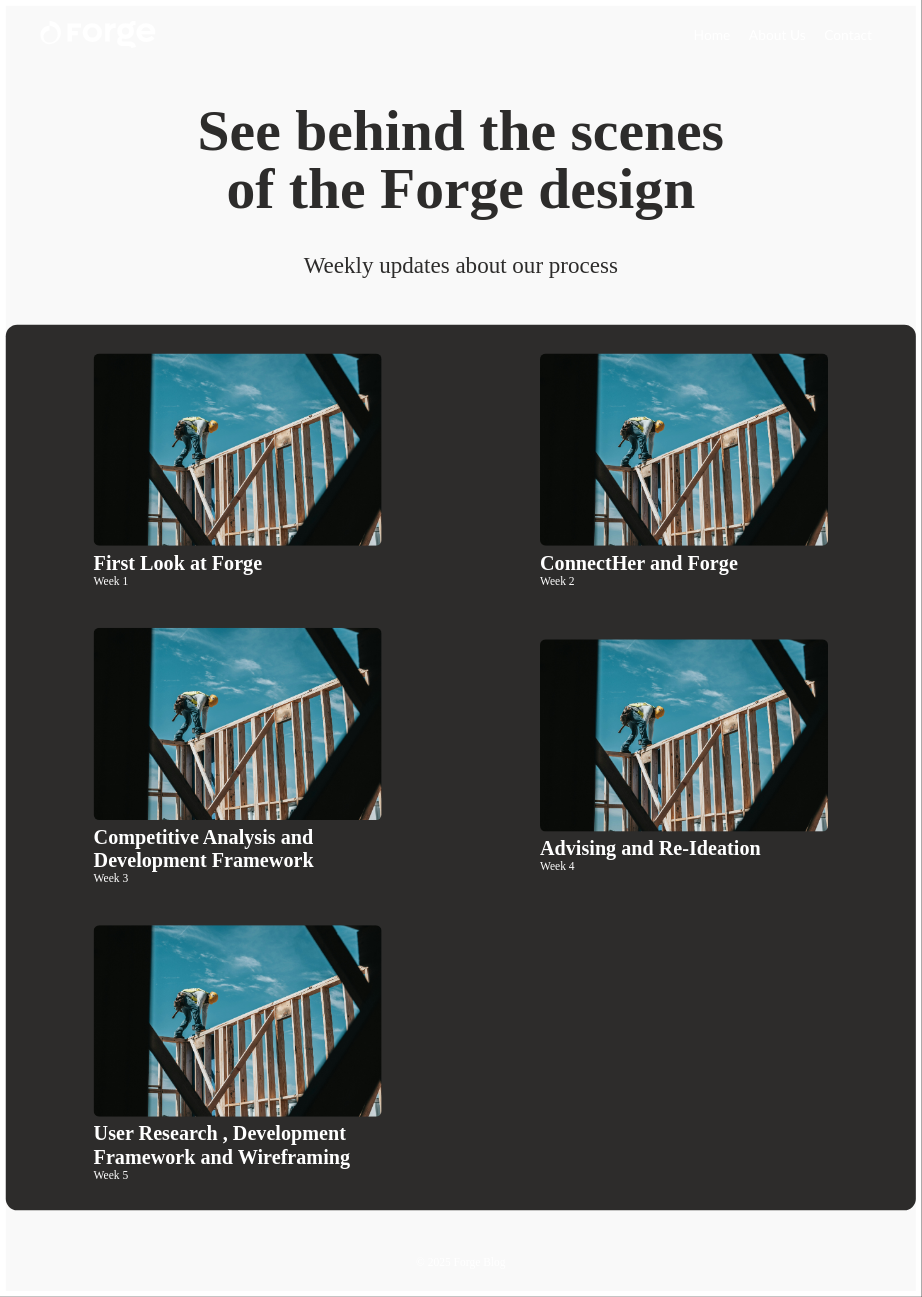
Repository: Forge-IDSP/Blog
Page: /
An editor plug-in stored every save of this project. The page is shown before and after the next save, followed by the edit.
The browser window is 1280 px wide. The pictures show the whole page, at 72% of full size.
The project was rebuilt for these pictures with package versions that can differ from the ones it lists, and the page was loaded fresh each time. Also part of the build but not shown: vite.config.js, src/index.css, src/pages/blogpost.module.css, src/pages/week1.jsx, src/pages/week2.jsx, src/pages/week3.jsx, src/pages/week4.jsx, src/pages/week5.jsx and 4 more.

Above is the page before, as saved 2025-10-27 12:58:05.

### index.html
<!DOCTYPE html>
<html lang="en">
    <head>
        <meta charset="UTF-8" />
        <link
            rel="icon"
            type="image/svg+xml"
            href="/vite.svg" />
        <meta
            name="viewport"
            content="width=device-width, initial-scale=1.0" />
        <title>Forge Blog</title>
    </head>
    <body>
        <div id="root"></div>
        <script
            type="module"
            src="/src/main.jsx"></script>
    </body>
</html>

### src/App.jsx
import { BrowserRouter as Router, Routes, Route } from "react-router-dom";
import Home from "./pages/home.jsx";
import Week1 from "./pages/week1.jsx";
import Week2 from "./pages/week2.jsx";
import Week3 from "./pages/week3.jsx";
import Week4 from "./pages/week4.jsx";
import Week5 from "./pages/week5.jsx";
import AboutUs from "./pages/aboutUs.jsx";
import ContactUs from "./pages/contactUs.jsx";

export default function App() {
    return (
        <Router>
            <Routes>
                <Route
                    path='/'
                    element={<Home />}
                />
                <Route
                    path='/week1'
                    element={<Week1 />}
                />
                <Route
                    path='/week2'
                    element={<Week2 />}
                />
                <Route
                    path='/week3'
                    element={<Week3 />}
                />
                <Route
                    path='/week4'
                    element={<Week4 />}
                />
                <Route
                    path='/week5'
                    element={<Week5 />}
                />
                <Route
                    path='/aboutUs'
                    element={<AboutUs />}
                />
                <Route
                    path='/contactUs'
                    element={<ContactUs />}
                />
            </Routes>
        </Router>
    );
}

### src/pages/home.jsx
import Header from "../ui/header/header.jsx";
import Card from "../ui/card/card.jsx";
import Footer from "../ui/footer/footer.jsx";
import cardcontent from "../data/cardcontent.json";

export default function Home() {
    return (
        <div className='page'>
            <Header />
            <h1 className='title'>
                See behind the scenes
                <br /> of the Forge design
            </h1>
            <p className='subtitle'>Weekly updates about our process</p>

            <div className='post_container'>
                {cardcontent.map((item) => (
                    <Card
                        key={item.id}
                        title={item.title}
                        image={item.image}
                        text={item.text}
                        link={item.link}
                    />
                ))}
            </div>

            <Footer />
        </div>
    );
}

### src/ui/header/header.jsx
import style from "./header.module.css";
import { Link } from "react-router-dom";

function Header() {
    return (
        <div className={style.header}>
            <img
                src='/forge-logo.svg'
                alt='Forge Logo'
                className={style.logo}></img>
            <nav className={style.menu}>
                <a
                    className={style.menu_item}
                    href='/'>
                    Home
                </a>
                <Link
                    className={style.menu_item}
                    to='/AboutUs'>
                    About Us
                </Link>

                <Link
                    to='/ContactUs'
                    className={style.menu_item}>
                    Contact
                </Link>
            </nav>
        </div>
    );
}

export default Header;

### src/ui/card/card.jsx
import { Link } from "react-router-dom";
import styles from "./card.module.css";

export default function Card({ title, image, text, link }) {
    return (
        <Link
            to={link}
            className={styles.card}>
            <img
                className={styles.card_image}
                src={image}
                alt={title}
            />
            <h2 className={styles.card_title}>{title}</h2>
            <p className={styles.card_week}>{text}</p>
        </Link>
    );
}

### src/ui/footer/footer.jsx
import styles from "./footer.module.css";

function Footer() {
    const currentYear = new Date().getFullYear();

    return (
        <footer className={styles.footer}>
            <p className={styles.footer__text}>© {currentYear} Forge Blog</p>
        </footer>
    );
}

export default Footer;

### src/data/cardcontent.json
[
    {
        "id": "week1",
        "title": "First Look at Forge",
        "image": "/blog-image1.jpg",
        "text": "Week 1",
        "link": "/week1"
    },
    {
        "id": "week2",
        "title": "ConnectHer and Forge",
        "image": "/blog-image1.jpg",
        "text": "Week 2",
        "link": "/week2"
    },
    {
        "id": "week3",
        "title": "Competitive Analysis and Development Framework",
        "image": "/blog-image1.jpg",
        "text": "Week 3",
        "link": "/week3"
    },
    {
        "id": "week4",
        "title": "Advising and Re-Ideation ",
        "image": "/blog-image1.jpg",
        "text": "Week 4",
        "link": "/week4"
    },
    {
        "id": "week5",
        "title": "User Research , Development Framework and Wireframing ",
        "image": "/blog-image1.jpg",
        "text": "Week 5",
        "link": "/week5"
    }
]

### src/App.css
#root {
    /* ----- COLORS ----- */
    --primary-50: #fff1e6;
    --primary-100: #ffd4b0;
    --primary-200: #ffbf8a;
    --primary-300: #ffa155;
    --primary-400: #ff8f34;
    --primary-500: #ff7301;
    --primary-600: #e86901;
    --primary-700: #b55201;
    --primary-800: #8c3f01;
    --primary-900: #6b3000;

    --secondary-50: #eefae6;
    --secondary-100: #cbefb1;
    --secondary-200: #b2e88b;
    --secondary-300: #8fdd55;
    --secondary-400: #79d635;
    --secondary-500: #58cc02;
    --secondary-600: #50ba02;
    --secondary-700: #3e9101;
    --secondary-800: #307001;
    --secondary-900: #255601;

    /* -- neutral colors -- */

    --offwhite-500: #f9f9f9;
    --white: #ffffff;
    --black-50: #eaeaea;
    --black-100: #bebebd;
    --black-200: #9e9e9d;
    --black-300: #727271;
    --black-400: #575655;
    --black-500: #2d2c2b;
}

.page {
    margin: 0 auto;
    padding: 1rem;
    text-align: center;
    height: 100%;
    margin: 0;
    padding: 0;
    background-color: var(--offwhite-500);
    display: flex;
    flex-direction: column;
}

.title {
    font-size: 5rem;
    color: var(--black-500);
    line-height: 5rem;
    margin-bottom: 1rem;
}

.subtitle {
    font-size: 2rem;
    color: var(--black-500);
}

.post_container {
    display: grid;
    grid-template-columns: repeat(3, 1fr);
    gap: 2rem;
    background-color: var(--black-500);
    padding: 3rem;
    border-radius: 16px;
    align-items: center;
    justify-content: center;
    justify-items: center;
    margin-bottom: 2rem;
    margin-top: 2rem;
}

/* Tablet: 2 columns */
@media (max-width: 1300px) {
    .post_container {
        grid-template-columns: repeat(2, 1fr);
        padding: 1.5rem;
        gap: 1.5rem;
    }
}

/* Mobile: 1 column */
@media (max-width: 600px) {
    .post_container {
        grid-template-columns: 1fr;
        padding: 1rem;
        gap: 1rem;
    }
}

### src/ui/header/header.module.css
.header {
    background-color: var(--dark-grey);
    display: flex;
    justify-content: space-between;
    align-items: center;
    padding: 1rem 3rem;
    border-radius: 16px;
}

.logo {
    width: 10rem;
}

.menu {
    display: flex;
    gap: rem;
}

.menu_item {
    font-size: 1.2rem;
    text-decoration: none;
    color: var(--white);
    font-family: "Trebuchet MS", "Lucida Sans Unicode", "Lucida Grande",
        "Lucida Sans", Arial, sans-serif;
    padding: 0.8rem;
}

.menu_item:hover {
    background-color: var(--color-primary-dark);
    padding: 0.8rem;
    border-radius: 8px;
}

### src/ui/card/card.module.css
.card {
    background-color: var(--grey);
    padding: 1rem;
    border-radius: 16px;
    display: flex;
    flex-direction: column;
    align-items: start;
    width: 400px;
    text-decoration: none;
}

.card:hover {
    transform: scale(1.03);
    background-color: var(--color-primary-dark);
}

.card_image {
    width: 400px;
    height: auto;
    border-radius: 8px;
    margin-bottom: 8px;
}

.card_title {
    font-size: 28px;
    text-align: start;
    margin: 0;
    color: var(--white);
}

a:visited .card_title {
    color: var(--white);
}

.card_week {
    font-size: 16px;
    margin: 0;
    color: var(--white);
}

### src/ui/footer/footer.module.css
.footer {
    width: 100%;
    height: 5em;
    display: flex;
    justify-content: center;
    align-items: center;
    background-color: var(--dark-grey);
    margin-top: auto;
    border-radius: 16px;
}

.footer__text {
    color: var(--white);
    font-size: 16px;
    text-align: center;
    margin: 0;
}

Loaded but not shown: src/main.jsx (common file)

After the next save:
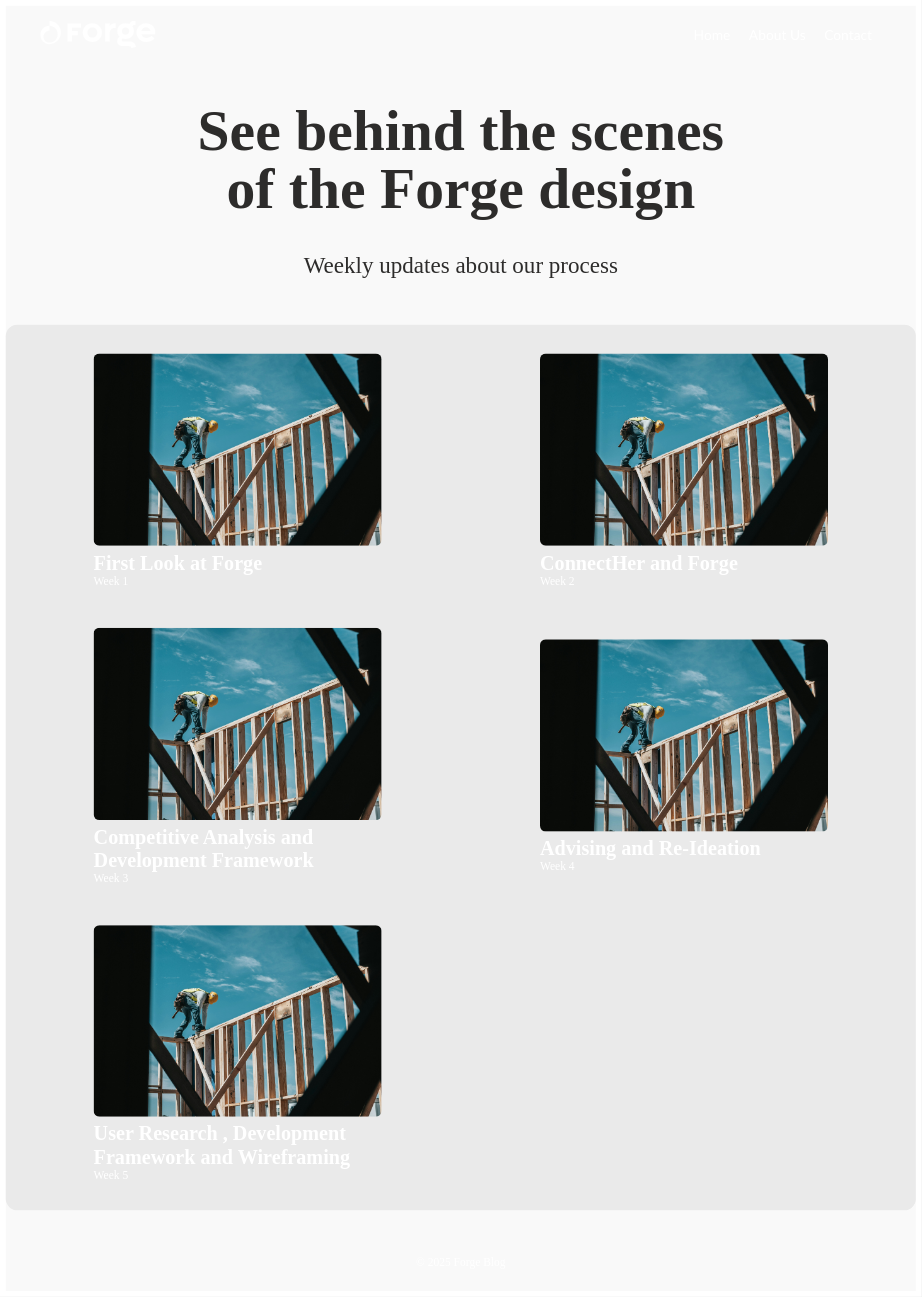
Saved 8 s later.
--- a/src/App.css
+++ b/src/App.css
@@ -62,7 +62,7 @@
     display: grid;
     grid-template-columns: repeat(3, 1fr);
     gap: 2rem;
-    background-color: var(--black-500);
+    background-color: var(--black-50);
     padding: 3rem;
     border-radius: 16px;
     align-items: center;
